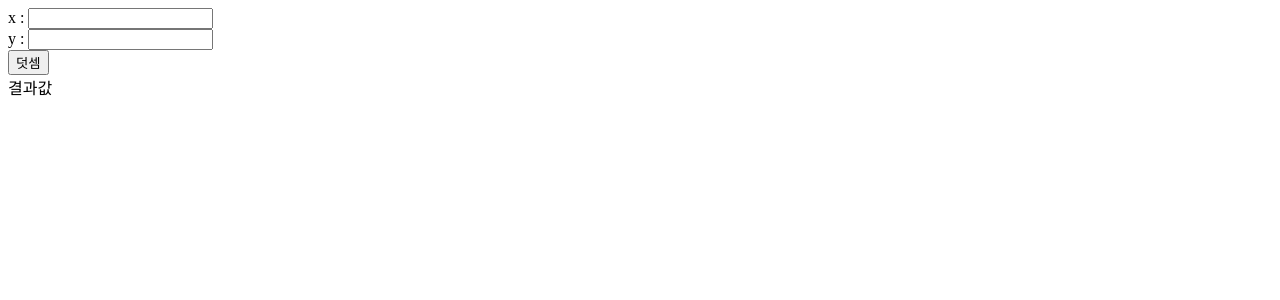
Repository: HimNahyeon/devClassBackup
Page: jsp/youtube_jsp/JSPPrj/WebContent/calc.html
The author's editor kept a copy of each file at every save. The page is drawn from the files as they stood at one save, then again after the next save.
The browser window is 1280 px wide. The pictures show the whole page.

Above is the page before, as saved 2021-10-28 05:21:53.

After the next save:
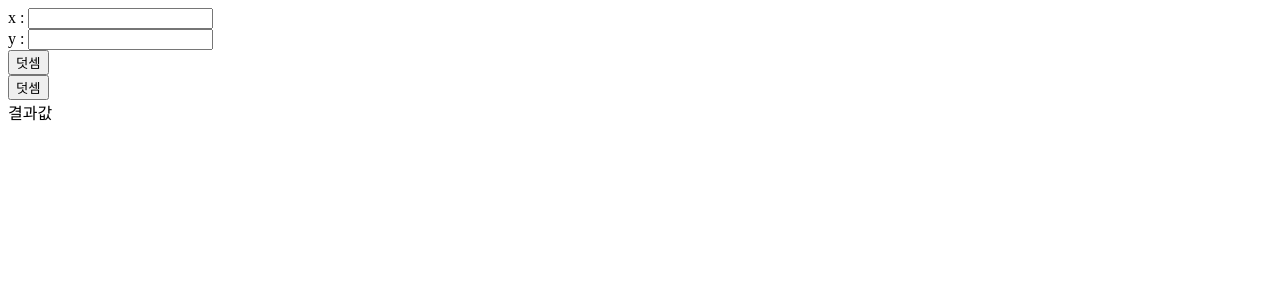
Saved 27 s later.
--- a/jsp/youtube_jsp/JSPPrj/WebContent/calc.html
+++ b/jsp/youtube_jsp/JSPPrj/WebContent/calc.html
@@ -19,6 +19,9 @@
 				<input type="submit" value="덧셈">
 			</div>
 			<div>
+				<input type="submit" value="덧셈">
+			</div>
+			<div>
 				결과값
 			</div>
 		</form>
